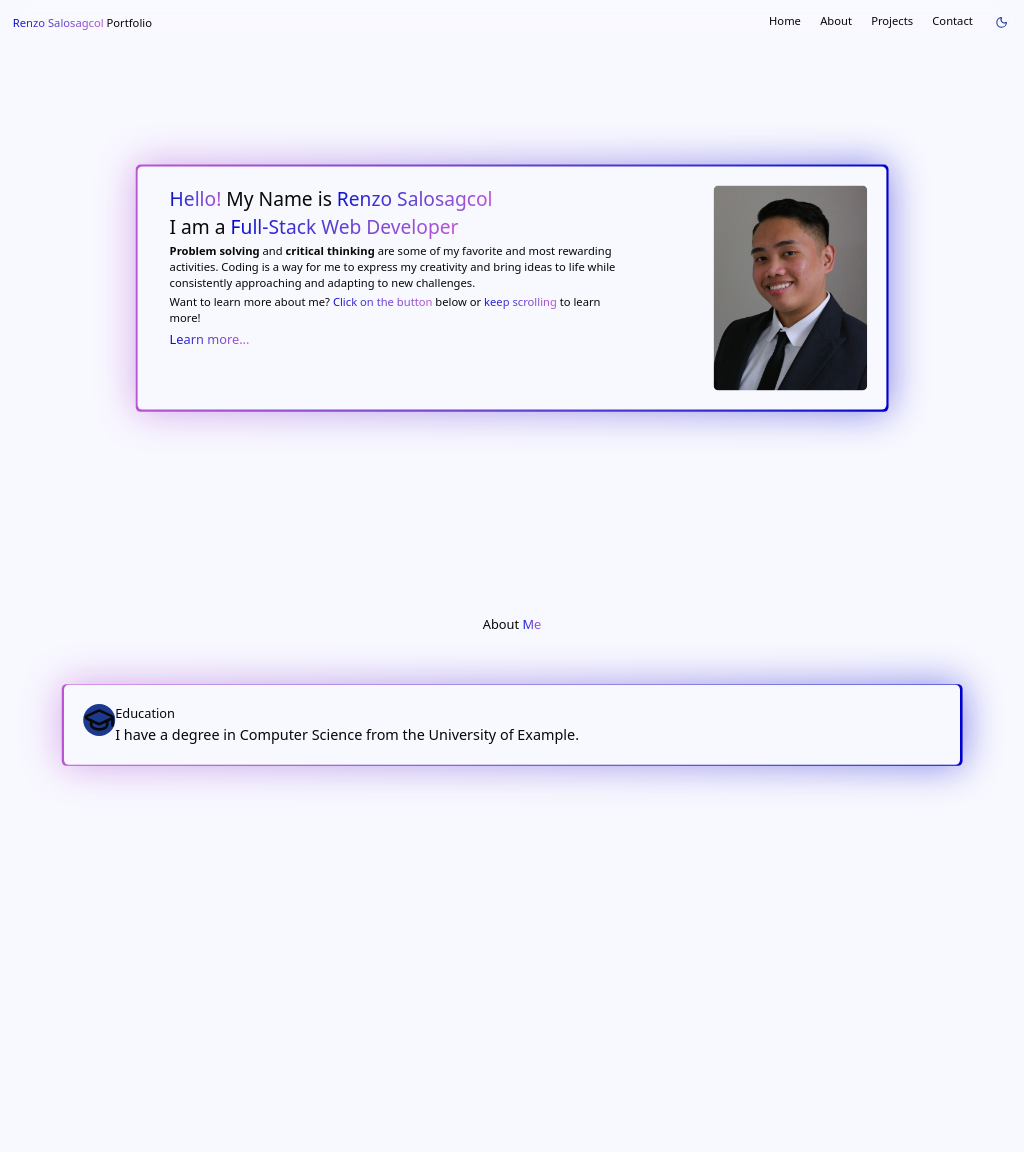
Repository: Renzo-Salosagcol/Updated_Personal_Portfolio
Page: /
An editor plug-in stored every save of this project. The page is shown before and after the next save, followed by the edit.
The browser window is 1280 px wide. The pictures show the whole page, at 80% of full size.
The project was rebuilt for these pictures with package versions that can differ from the ones it lists, and the page was loaded fresh each time. Also part of the build but not shown: vite.config.js, src/pages/NotFound.jsx.

Above is the page before, as saved 2025-10-10 12:40:42.

After the next save:
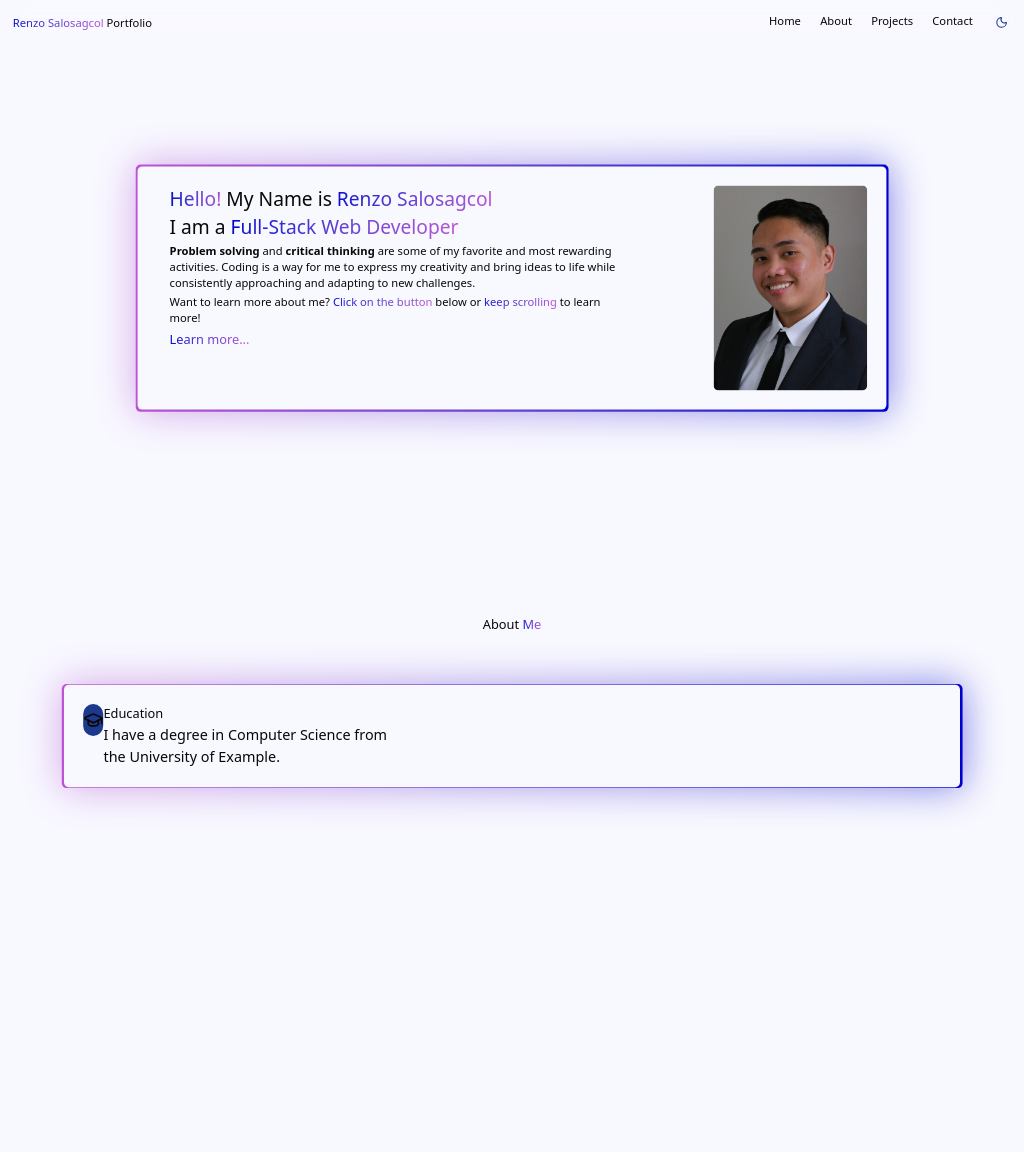
Saved 83 s later.
--- a/src/components/About.jsx
+++ b/src/components/About.jsx
@@ -18,7 +18,7 @@
       <div className=" mx-auto max-w-6xl rounded-lg p-4 grid-cols-1 gap-6">
         {experiences.map((experience, index) => (
           <div className="z-0 relative gradient-border">
-            <div className="w-full h-full relative container flex flex-cols md:flex-rows rounded-md p-6 bg-background">
+            <div className="w-full h-full relative container flex flex-cols md:flex-rows rounded-md p-6 bg-background after:w-full">
               <experience.icon className="w-10 h-10 rounded-full bg-blue-900" />
               <div>
                 <h2>{experience.name}</h2>

After the save that followed:
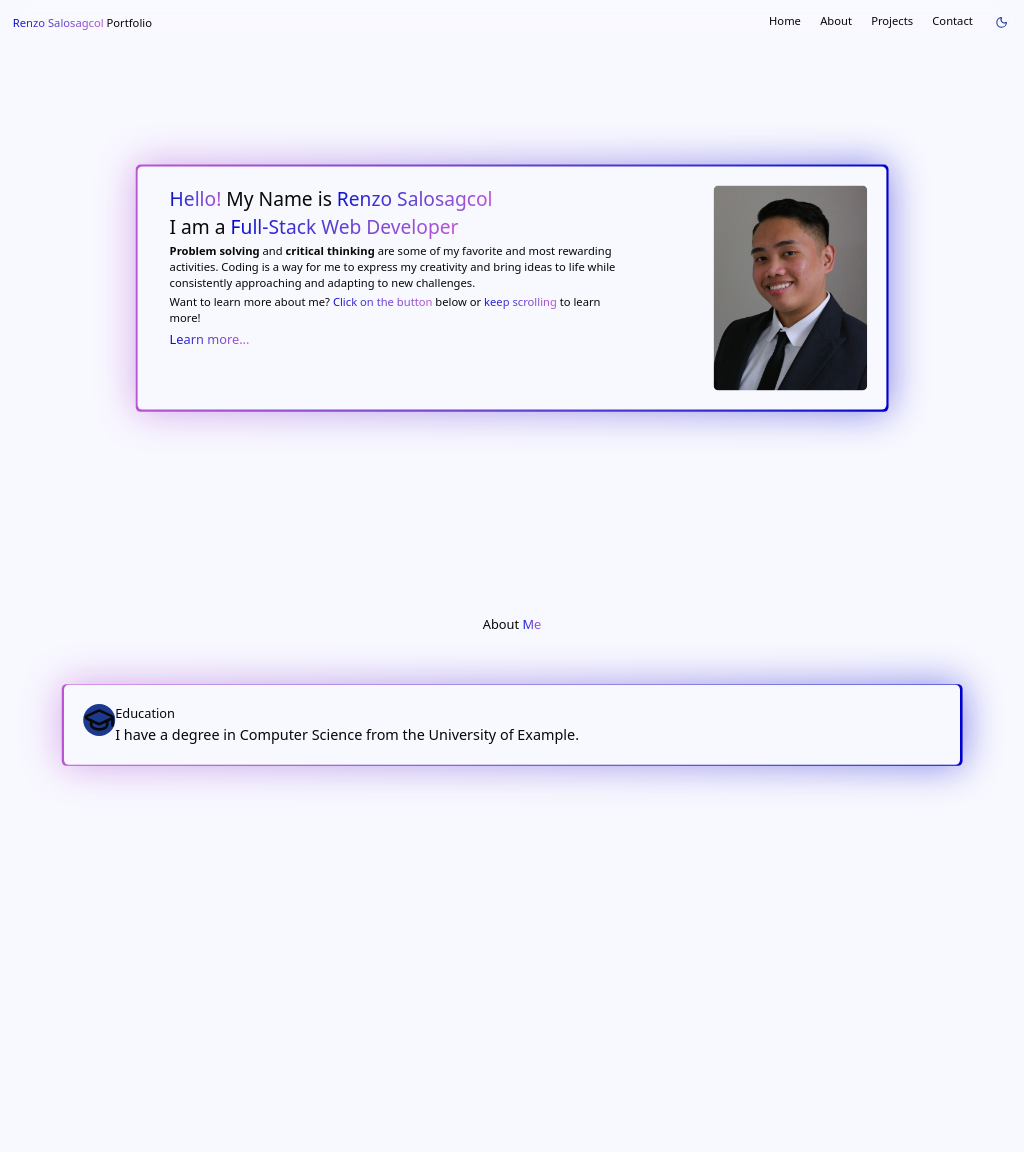
Saved 12 s later.
--- a/src/components/About.jsx
+++ b/src/components/About.jsx
@@ -18,7 +18,7 @@
       <div className=" mx-auto max-w-6xl rounded-lg p-4 grid-cols-1 gap-6">
         {experiences.map((experience, index) => (
           <div className="z-0 relative gradient-border">
-            <div className="w-full h-full relative container flex flex-cols md:flex-rows rounded-md p-6 bg-background after:w-full">
+            <div className="w-full h-full relative container flex flex-cols md:flex-rows rounded-md p-6 bg-background after:w-full after:h-full after:rounded-md after:absolute after:top-0 after:left-0 after:-z-10 after:opacity-20 after:blur-lg">
               <experience.icon className="w-10 h-10 rounded-full bg-blue-900" />
               <div>
                 <h2>{experience.name}</h2>
